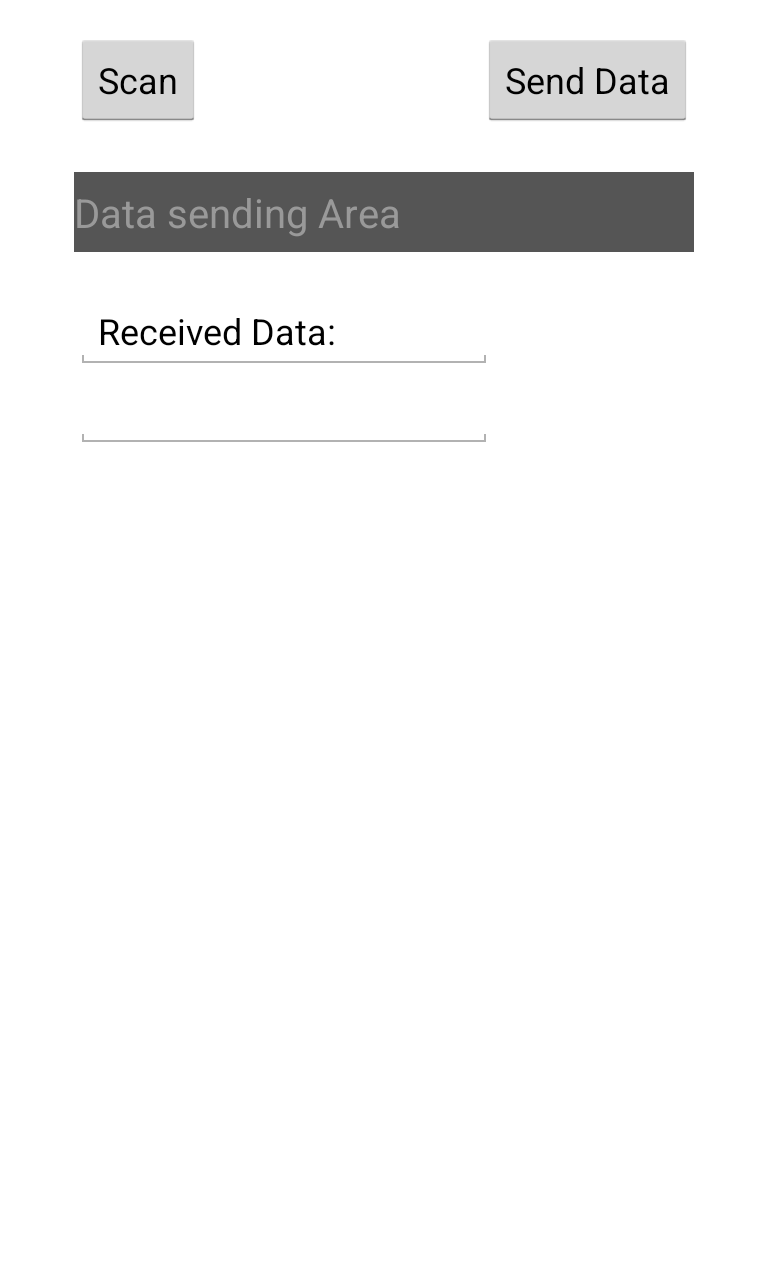
Repository: DFRobot/BlunoBasicDemo
Layout: Android/BlunoBasicDemoWorkspace/BlunoBasicDemo/res/layout/activity_main.xml
These files come from the project's save history. The layout is drawn as it stood at one moment and after the next save; the edit follows.
It is drawn on a 768 x 1280 px phone screen (xhdpi) without system bars, with theme AppTheme; the app's code is not run.

Above is the layout before, as saved 2014-07-11 04:33:44.

### Android/BlunoBasicDemoWorkspace/BlunoBasicDemo/res/layout/activity_main.xml
<RelativeLayout xmlns:android="http://schemas.android.com/apk/res/android"
    xmlns:tools="http://schemas.android.com/tools"
    android:layout_width="match_parent"
    android:layout_height="match_parent"
    android:paddingBottom="@dimen/activity_vertical_margin"
    android:paddingLeft="@dimen/activity_horizontal_margin"
    android:paddingRight="@dimen/activity_horizontal_margin"
    android:paddingTop="@dimen/activity_vertical_margin"
    tools:context=".MainActivity" >

    <TextView
        android:id="@+id/textView1"
        android:layout_width="wrap_content"
        android:layout_height="wrap_content" />

    <EditText
        android:id="@+id/serialReveicedText"
        android:layout_width="wrap_content"
        android:layout_height="wrap_content"
        android:layout_alignLeft="@+id/editText2"
        android:layout_below="@+id/editText2"
        android:ems="10"
        android:inputType="textMultiLine"
	/>

    <Button
        android:id="@+id/buttonSerialSend"
        android:layout_width="wrap_content"
        android:layout_height="wrap_content"
        android:layout_above="@+id/serialSendText"
        android:layout_alignRight="@+id/serialSendText"
        android:text="Send Data" />

    <EditText
        android:id="@+id/editText2"
        android:layout_width="wrap_content"
        android:layout_height="wrap_content"
        android:layout_alignLeft="@+id/serialSendText"
        android:layout_below="@+id/serialSendText"
        android:layout_marginTop="20dp"
        android:ems="10"
        android:text="Received Data:" />

    <EditText
        android:id="@+id/serialSendText"
        android:layout_width="310dp"
        android:layout_height="40dp"
        android:layout_below="@+id/buttonScan"
        android:layout_centerHorizontal="true"
        android:layout_marginTop="22dp"
        android:background="#555555"
        android:bufferType="editable"
        android:ems="10"
        android:inputType="text"
        android:text="Data sending Area"
        android:textColor="#999999"
        android:textSize="20dip" />

    <Button
        android:id="@+id/buttonScan"
        android:layout_width="wrap_content"
        android:layout_height="wrap_content"
        android:layout_alignLeft="@+id/serialSendText"
        android:layout_alignParentTop="true"
        android:text="Scan" />

</RelativeLayout>

Loaded but not shown: Android/BlunoBasicDemoWorkspace/BlunoBasicDemo/res/values/styles.xml (common file); Android/BlunoBasicDemoWorkspace/BlunoBasicDemo/res/values-v11/styles.xml (common file); Android/BlunoBasicDemoWorkspace/BlunoBasicDemo/res/values-v14/styles.xml (common file); Android/BlunoBasicDemoWorkspace/BlunoBasicDemo/res/values/dimens.xml (common file)

After the next save:
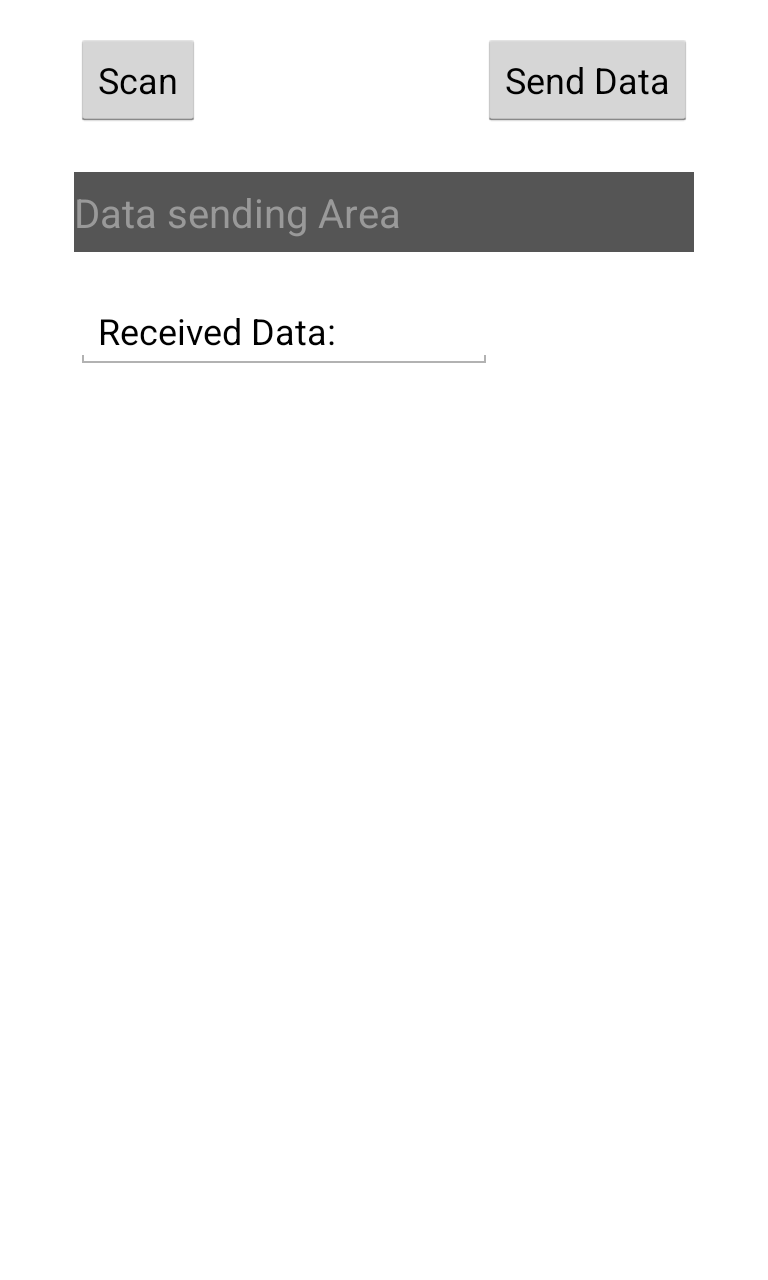
Saved 27 min 6 s later.
--- a/Android/BlunoBasicDemoWorkspace/BlunoBasicDemo/res/layout/activity_main.xml
+++ b/Android/BlunoBasicDemoWorkspace/BlunoBasicDemo/res/layout/activity_main.xml
@@ -13,7 +13,7 @@
         android:layout_width="wrap_content"
         android:layout_height="wrap_content" />
 
-    <EditText
+    <TextView
         android:id="@+id/serialReveicedText"
         android:layout_width="wrap_content"
         android:layout_height="wrap_content"
